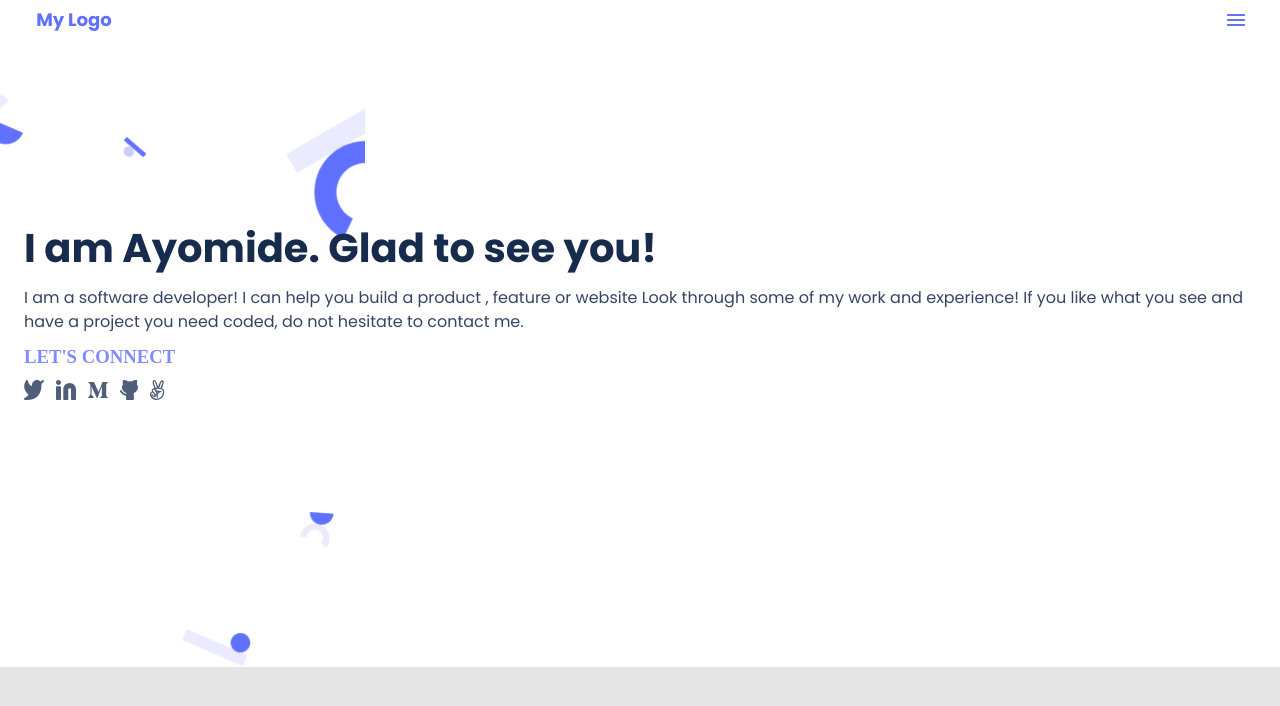
Repository: Paulinelali/potfoilo.github.io
Page: public/index.html
The author's editor kept a copy of each file at every save. The page is drawn from the files as they stood at one save, then again after the next save.
The browser window is 1280 px wide. The pictures show the whole page.

Above is the page before, as saved 2023-03-31 00:36:13.

### public/index.html
<!DOCTYPE html>
<html lang="en">
<head>
    <meta charset="UTF-8">
    <meta http-equiv="X-UA-Compatible" content="IE=edge">
    <meta name="viewport" content="width=device-width, initial-scale=1.0">
    <link rel="preconnect" href="https://fonts.googleapis.com">
    <link rel="preconnect" href="https://fonts.gstatic.com" crossorigin>
    <link href="https://fonts.googleapis.com/css2?family=Poppins:wght@400;700&display=swap" rel="stylesheet">
    <link rel="stylesheet" href="../styles/style.css">
    <title>Ayomide S.E.P</title>
</head>
<body>
    <header class="header">
        <nav class="nav pad-aside">
            <a href="#">
                <img src="../assets/Logo Placeholder.png" alt="">
            </a>
            <a href="#"><img src="../assets/Normal Button/Tertiary/Enabled.png" alt=""></a>
        </nav>
        <section class="intro">
            <div class="introc-content pad-aside">
                <h1 class="pad-aside">
                    I am Ayomide.
                Glad to see you!
                </h1>
                <p class="pad-aside">
                    I am a software developer! I can help you build a product , feature or website   Look through some of my work and
                    experience! If you like what you see and have a project you need coded,
                    do not hesitate to contact me.
                </p>
                <h3 class="pad-aside">
                    LET'S CONNECT
                </h3>
                <div class="social-icons pad-aside ">
                    <img src="../assets/social icons/Vector.svg" alt="">
                    <img src="../assets/social icons/Linkedin icon.svg" alt="">
                    <img src="../assets/social icons/Vector (1).svg" alt="">
                    <img src="../assets/social icons/Vector (2).svg" alt="">
                    <img src="../assets/social icons/Vector (3).svg" alt="">
                </div>
            </div>
        </section>
    </header>
</body>
</html>

### styles/style.css
*{
  margin: 0px;
  padding: 0px;
}


@import url('https://fonts.googleapis.com/css2?family=Poppins:wght@400;700&display=swap');

body{
  background-color: #E5E5E5;
}

.pad-aside{
  padding: 0px 24px;
}

.header{
  display: flex;
  flex-direction: column;
  gap: 50px;
  /* padding: 24px; */
  background-color: white;
}
.nav{
  display: flex;
  justify-content: space-between;
}

.introc-content{
  display: flex;
  flex-direction: column;
  gap: 12px;
  padding: 128px 0px;
  background-image: url("../assets/header-shapes\ mobile.png");
  background-size: contain;
  background-repeat: no-repeat;

}
.introc-content h1{
  font-family: 'Poppins';
  font-style: normal;
  font-weight: 700;
  font-size: 40px;
  line-height: 52px;
  color: #172B4D;

}

.introc-content p{
  font-family: 'Poppins';
  font-style: normal;
  font-weight: 400;
  font-size: 16px;
  line-height: 24px;
  color: #344563;
}
.introc-content h3{
  color: rgba(127, 140, 255, 1);

}

.social-icons{
  display: flex;
  gap: 12px;
  margin-bottom: 139px;
}

After the next save:
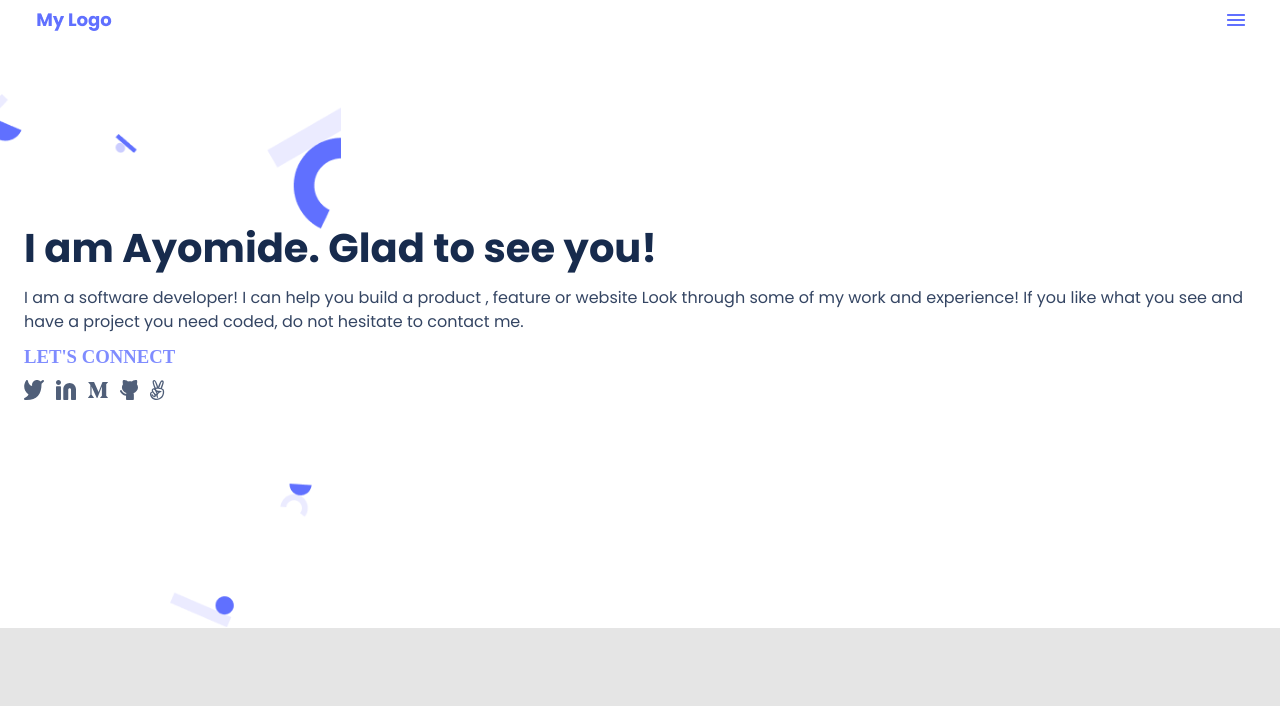
Saved 32 s later.
--- a/styles/style.css
+++ b/styles/style.css
@@ -62,5 +62,5 @@ body{
 .social-icons{
   display: flex;
   gap: 12px;
-  margin-bottom: 139px;
+  margin-bottom: 100px;
 }
